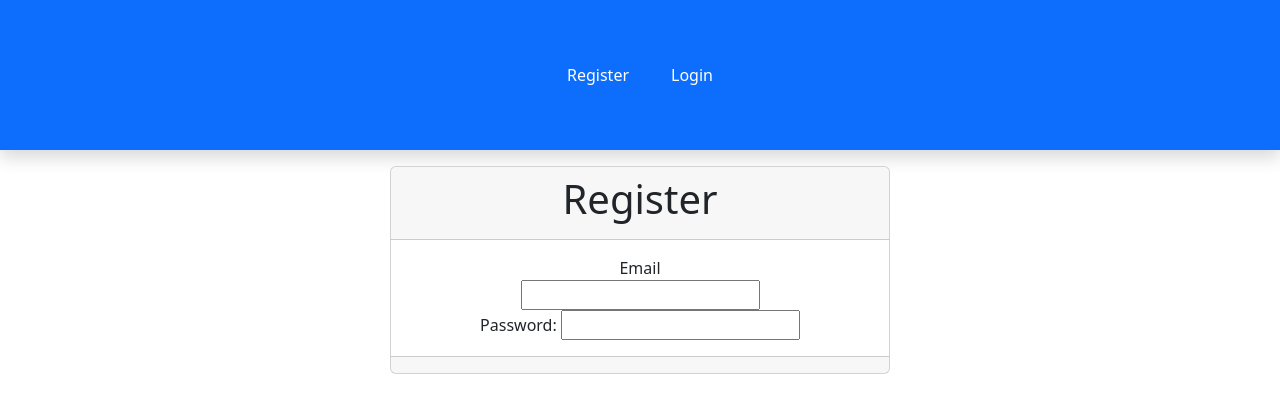
Repository: loveleii/firebase-login-logout
Page: /
An editor plug-in stored every save of this project. The page is shown before and after the next save, followed by the edit.
The browser window is 1280 px wide. The pictures show the whole page.
The project was rebuilt for these pictures with package versions that can differ from the ones it lists, and the page was loaded fresh each time. Also part of the build but not shown: vite.config.ts, src/views/loginView.vue, src/assets/main.css.

Above is the page before, as saved 2023-03-04 19:33:57.

After the next save:
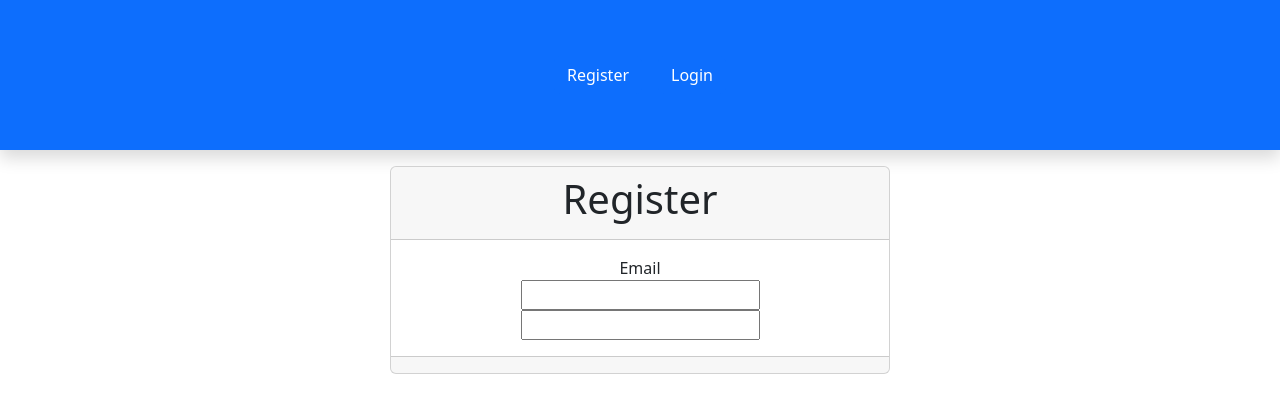
Saved 8 s later.
--- a/src/views/registerView.vue
+++ b/src/views/registerView.vue
@@ -6,7 +6,7 @@
         <div class="card-body float-left">
             <label for="">Email</label> <br>
             <input type="text" name="" id=""> <br>
-            Password: <input type="text" name="" id="">
+            <input type="text" name="" id="">
 
         </div>
         <div class="card-footer">
